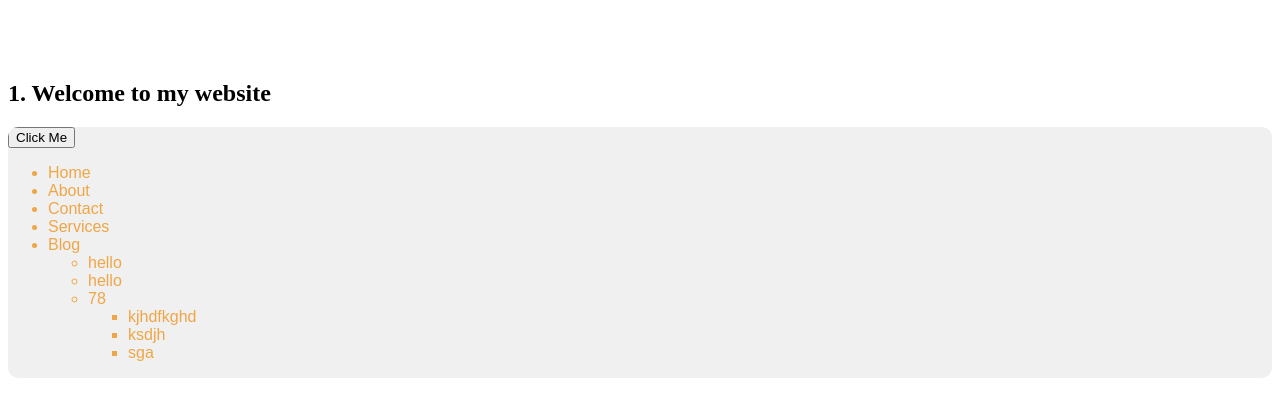
Repository: phulkeshwarmahto/CompleteJS
Page: index.html
The author's editor kept a copy of each file at every save. The page is drawn from the files as they stood at one save, then again after a run of saves.
The browser window is 1280 px wide. The pictures show the whole page.

Above is the page before, as saved 2025-06-26 11:10:35.

### index.html
<!DOCTYPE html>
<html lang="en">
<head>
    <meta charset="UTF-8">
    <meta name="viewport" content="width=device-width, initial-scale=1.0">
    <title>Document</title>
    <link rel="stylesheet" href="style.css">
</head>
<body>
    <h1 style="visibility: hidden;">1. Welcome to my website</h1>
    <h2>1. Welcome to my website</h2>
    <div id="list" ><ul>
        <li>Home</li>
        <li>About</li>
        <li>Contact</li>
        <li>Services</li>
        <li>Blog</li>
        <div name="jsw"><ul><li>
            hello
            <li>hello
                <li>78<ul class="list-unstyled">
                    <li>
                        kjhdfkghd
                    </li>
                    <li>ksdjh</li>
                    <li>sga</li>
                </ul></li>
            </li>
        </li></ul></div>
    </ul></div>
    <!-- <h1 id="myH">I am learning JavaScipt
    </h1>
    <p id="myP">this is an example <p>hello this is me</p></p>
    <p class="para" >today is monday and I am learnig DOM in js</p>
    <button onclick="window.print()">Click here to Print</button>
    <p >this is another paragraph</p>
    <p >this is another paragraph</p> -->
</body>
<script src="first.js">
</script>
<script src="DocumentObjectModel(DOM).js"></script>
</html>

### style.css
#list{
    width: 100%;
    height: 100%;
    overflow: auto;
    background-color: #f0f0f0;
    color: rgb(240, 166, 70);
    font-family: Arial, sans-serif;
    border: solid-Black 1px;
    border-radius: 10px;
}

### DocumentObjectModel(DOM).js
/* DOM = it is a programming interface for HTML and XML documents.
It represents the structure of a document as a tree of objects, allowing scripts to access and manipulate the content, structure, and style of a document.
The DOM provides a way to interact with the document, allowing developers to create dynamic web pages and applications by modifying the document structure, style, and content in response to user actions or other events.

 The DOM is language-agnostic, meaning it can be used with various programming languages, but it is most commonly associated with JavaScript in web development.
The DOM is a standard that defines the structure and behavior of documents, and it is implemented by web browsers to provide a consistent interface for developers to work with HTML and XML documents.
The DOM is a tree-like structure where each node represents a part of the document, such as an element, attribute, or text content.
The DOM provides methods and properties to traverse the document tree, access and modify elements, attributes, and text content, and respond to events such as user interactions.
The DOM is an essential part of web development, enabling developers to create interactive and dynamic web applications by manipulating the document structure and content in real-time.


/*  structutre of the DOM
+-----------+
|  window   |
+-----------+
     |
+-----------+
| document  |
+-----------+
     |
+-----------+
|   html    |
+-----------+
   /     \
 /         \
v           v
+------+   +------+
| head |   | body |
+------+   +------+
  |          |   \
  |          |    \
  v          v     v
+------+   +------+ +--------+
| meta |   |  div | | script |
+------+   +------+ +--------+
| meta |     |
+------+     v
|title |  +------+------+---+
+------+  | img, h1, p, div |
| link |  +-------------+---+
+------+

all boxes are nodes and also a objects in the DOM.
Each node can have attributes, child nodes, and text content.
*/

// Accessing the global object and document object in the browser environment

// console.dir(window); // window is the global object in the browser environment
// console.dir(document); // document is a property of the window object, representing the DOM of the current page
// console.dir(document.documentElement); // Represents the root element of the document (usually <html>)
// console.dir(document.head); // Represents the <head> element of the document
// console.dir(document.body); // Represents the <body> element of the document

// let word = document.getElementById("myH")
// console.dir(word); // Accessing an element by its ID
// console.dir(word.innerHTML); // Accessing the inner HTML of the element
// console.log(word.tagName); // Logging the tag name of the element (e.g., "H1")

// let elements = document.getElementsByClassName("para");
// console.dir(elements); // Accessing elements by their class name
// console.log(elements); // Logging the HTMLCollection of elements with the class "para"

// let paragraphs = document.getElementsByTagName("p");
// console.dir(paragraphs); // Accessing all <p> elements in the document
// console.log(paragraphs); // Logging the HTMLCollection of <p> elements

// // querySelector and querySelectorAll
// let firstPara = document.querySelector("p"); // Selects the first <p> element in the document
// console.dir(firstPara); // Logging the first <p> element
// console.log(firstPara); // Logging the first <p> element
// let allParas = document.querySelectorAll("p"); // Selects all <p> elements in the document
// console.dir(allParas); // Logging the NodeList of all <p> elements
// console.log(allParas); // Logging the NodeList of all <p> elements

// // element tags?
// console.log(document.body.firstChild); // Accessing the first child of the body element
// console.log(document.body.lastChild); // Accessing the last child of the body element
// let child = document.querySelector("p").children; // Accessing the children of the first paragraph element
// console.dir(child); // Logging the HTMLCollection of children of the first <div> element
// console.log(child); // Logging the HTMLCollection of children of the first <div> element

//
// let div = document.querySelector("div"); // Selecting the first <div> element
// console.dir(div); // Logging the <div> element
// console.log(div); // Logging the <div> element
// console.log(div.innerText) ; // Accessing the inner text of the <div> element
// console.log(div.innerHTML); // Accessing the inner HTML of the <div> element
// console.log(div.textContent); // Accessing the text content of the <div> element even id content is not visible
// // console.log(div.innerText =  "Hello World!"); // Modifying the inner text of the <div> element
// // console.log(div.innerHTML = "<h1>Hello World!</h1>"); // Modifying the inner HTML of the <div> element
// let heading = document.querySelector("h2"); // Selecting the first <h2> element
// console.dir(heading); // Logging the <h2> element
// console.log(heading); // Logging the <h2> element
// console.log(heading.innerText = "2.Welcome to my website"); // Accessing the inner text of the <h2> element
// console.log(heading.innerHTML = "<h1>Welcome to my website</h1>"); // Modifying the inner HTML of the <h2> element

// let heading2 = document.querySelector("h1"); // Selecting the first <h2> element
// console.dir(heading2); // Logging the <h1> element
// console.log(heading2); // Logging the <h1> element
// console.log(heading2.innerText ); // Accessing the inner text of the <h1> element
// console.log("");
// console.log(heading2.textContent); // Modifying the text content of the <h2> element

// let div = document.querySelector("div")
// console.log(div);

// let id = div.getAttribute("id");
// console.log(id);

// let name = div.getAttribute("name");
// console.log(name);

// let setId = div.setAttribute("id","newId");

// console.log(setId); // Setting a new id attribute for the <div> element
// let setName = div.setAttribute("name","newName");
// console.log(setName); // Setting a new name attribute for the <div> element


// let div = document.querySelector("div");
// console.log(div.style); // Accessing the style property of the <div> element
// console.log(div.style.color); // Accessing the color style of the <div> element
// console.log(div.style.fontSize); // Accessing the font size style of the <div>
// console.log(div.style.fontWeight); // Accessing the font weight style of the <div>
// console.log(div.style.backgroundColor = "lightgreen"); //  Setting the background color style of the <div> element
// console.log(div.style.fontSize = "20px"); // Setting the font size style of the <div> element
// console.log(div.style.fontWeight = "bold"); // Setting the font weight style of the <div> element


let btn = document.createElement   ("button");
console.log(btn.innerText = "Click Me"); // Setting the inner text of the button
console.log(btn); // Logging the button element

let div = document.querySelector("div");
div.prepend(btn); // Appending the button to the <div> element
console.log(div); // Logging the <div> element after appending the button

Loaded but not shown: first.js (no copy from this time; the picture is the same without it)

After the next 2 saves:
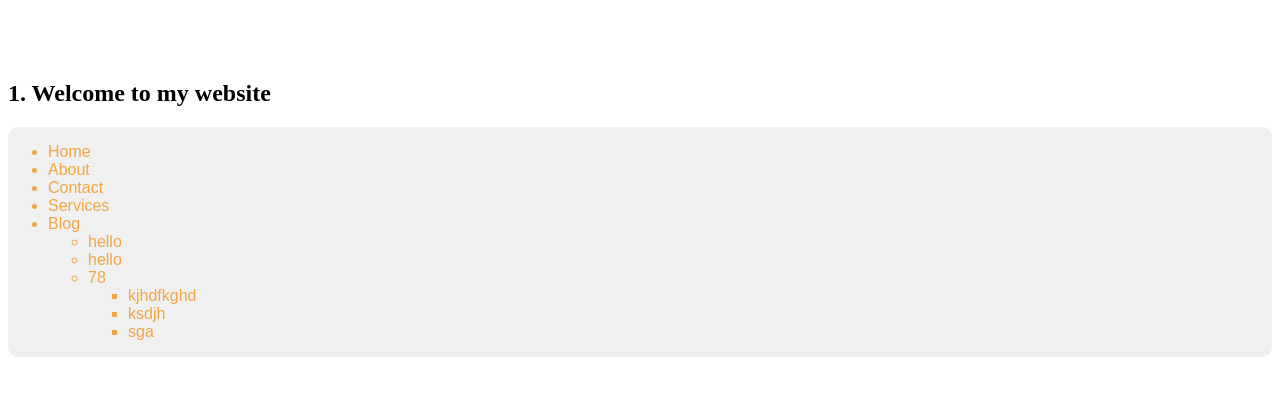
Console error: SyntaxError: Unexpected token ')'
The 2 saves are shown as one change because they came seconds apart.
The last was saved 29 s later.
--- a/DocumentObjectModel(DOM).js
+++ b/DocumentObjectModel(DOM).js
@@ -129,7 +129,7 @@
 
 
 let btn = document.createElement   ("button");
-console.log(btn.innerText = "Click Me"); // Setting the inner text of the button
+btn.innerText = "Click Me"); // Setting the inner text of the button
 console.log(btn); // Logging the button element
 
 let div = document.querySelector("div");

After the save that followed:
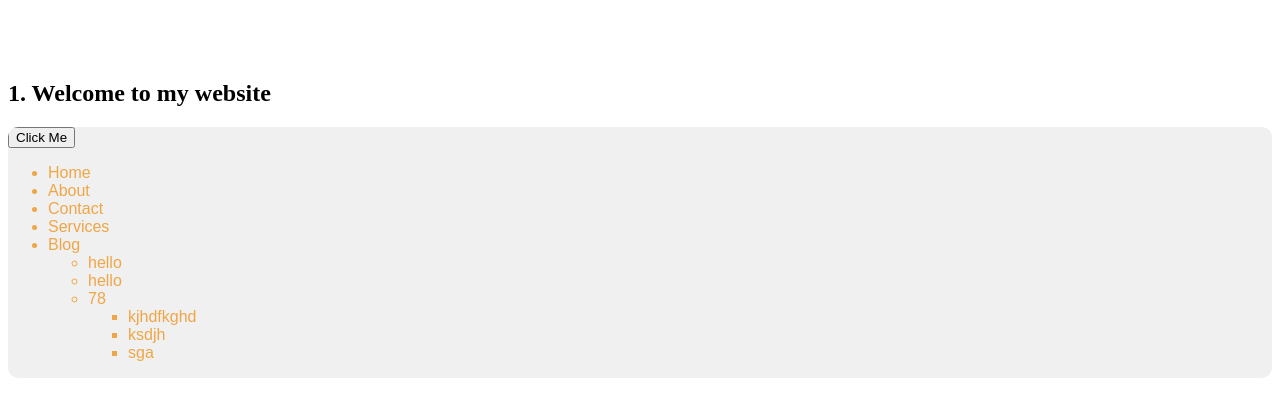
The error is gone.
Saved 4 s later.
--- a/DocumentObjectModel(DOM).js
+++ b/DocumentObjectModel(DOM).js
@@ -129,7 +129,7 @@
 
 
 let btn = document.createElement   ("button");
-btn.innerText = "Click Me"); // Setting the inner text of the button
+btn.innerText = "Click Me"; // Setting the inner text of the button
 console.log(btn); // Logging the button element
 
 let div = document.querySelector("div");
